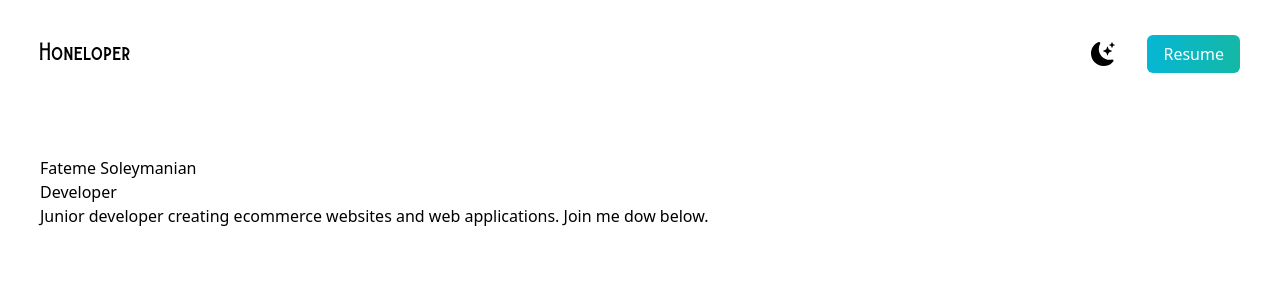
Repository: fatemesoleymanian/portfolio
Page: /
The author's editor kept a copy of each file at every save. The page is drawn from the files as they stood at one save, then again after the next save.
The browser window is 1280 px wide. The pictures show the whole page.
The project was rebuilt for these pictures with package versions that can differ from the ones it lists, and the page was loaded fresh each time. The framework's server and built-in components were replaced by stand-ins that run in the browser. Also part of the build but not shown: next.config.js.

Above is the page before, as saved 2023-03-10 13:44:24.

### pages/index.js
import Head from 'next/head'
import {BsFillMoonStarsFill} from 'react-icons/bs'
export default function Home() {
  return (
    <>
      <Head>
        <title>My Portfolio</title>
        <meta name="description" content="Generated by create next app" />
        <meta name="viewport" content="width=device-width, initial-scale=1" />
        <link rel="icon" href="/favicon.ico" />
      </Head>
      <main className='bg-white px-10'>
       <section className="min-h-screen">
          <nav className='py-10 mb-12 flex justify-between'>
          <h1 className='text-xl font-burtons'>Honeloper</h1>
            <ul className='flex items-center'>
              <li>
                <BsFillMoonStarsFill className='cursor-pointer text-2xl'/>
              </li>
              <li>
                <a className='bg-gradient-to-r from-cyan-500 to-teal-500 text-white px-4 py-2 rounded-md ml-8' href="#">Resume</a>
              </li>
            </ul>
          </nav>
          <div>
            <h2>Fateme Soleymanian</h2>
            <h3>Developer</h3>
            <p>Junior developer creating ecommerce websites and web applications. Join me dow below.</p>
          </div>
        </section>
      </main>
    </>
  )
}

### styles/globals.css
@tailwind base;
@tailwind components;
@tailwind utilities;
:root {
  --max-width: 1100px;
  --border-radius: 12px;
  --font-mono: ui-monospace, Menlo, Monaco, 'Cascadia Mono', 'Segoe UI Mono',
    'Roboto Mono', 'Oxygen Mono', 'Ubuntu Monospace', 'Source Code Pro',
    'Fira Mono', 'Droid Sans Mono', 'Courier New', monospace;

  --foreground-rgb: 0, 0, 0;
  --background-start-rgb: 214, 219, 220;
  --background-end-rgb: 255, 255, 255;

  --primary-glow: conic-gradient(
    from 180deg at 50% 50%,
    #16abff33 0deg,
    #0885ff33 55deg,
    #54d6ff33 120deg,
    #0071ff33 160deg,
    transparent 360deg
  );
  --secondary-glow: radial-gradient(
    rgba(255, 255, 255, 1),
    rgba(255, 255, 255, 0)
  );

  --tile-start-rgb: 239, 245, 249;
  --tile-end-rgb: 228, 232, 233;
  --tile-border: conic-gradient(
    #00000080,
    #00000040,
    #00000030,
    #00000020,
    #00000010,
    #00000010,
    #00000080
  );

  --callout-rgb: 238, 240, 241;
  --callout-border-rgb: 172, 175, 176;
  --card-rgb: 180, 185, 188;
  --card-border-rgb: 131, 134, 135;
}

@media (prefers-color-scheme: dark) {
  :root {
    --foreground-rgb: 255, 255, 255;
    --background-start-rgb: 0, 0, 0;
    --background-end-rgb: 0, 0, 0;

    --primary-glow: radial-gradient(rgba(1, 65, 255, 0.4), rgba(1, 65, 255, 0));
    --secondary-glow: linear-gradient(
      to bottom right,
      rgba(1, 65, 255, 0),
      rgba(1, 65, 255, 0),
      rgba(1, 65, 255, 0.3)
    );

    --tile-start-rgb: 2, 13, 46;
    --tile-end-rgb: 2, 5, 19;
    --tile-border: conic-gradient(
      #ffffff80,
      #ffffff40,
      #ffffff30,
      #ffffff20,
      #ffffff10,
      #ffffff10,
      #ffffff80
    );

    --callout-rgb: 20, 20, 20;
    --callout-border-rgb: 108, 108, 108;
    --card-rgb: 100, 100, 100;
    --card-border-rgb: 200, 200, 200;
  }
}

* {
  box-sizing: border-box;
  padding: 0;
  margin: 0;
}

html,
body {
  max-width: 100vw;
  overflow-x: hidden;
}

body {
  color: rgb(var(--foreground-rgb));
  background: linear-gradient(
      to bottom,
      transparent,
      rgb(var(--background-end-rgb))
    )
    rgb(var(--background-start-rgb));
}

a {
  color: inherit;
  text-decoration: none;
}

@font-face {
  font-family: "burtons";
  src: url('../public/Burtons.otf');
}

### tailwind.config.js
/** @type {import('tailwindcss').Config} */
module.exports = {
  content: [
    "./app/**/*.{js,ts,jsx,tsx}",
    "./pages/**/*.{js,ts,jsx,tsx}",
    "./components/**/*.{js,ts,jsx,tsx}",

  ],
  theme: {
    extend: {
      fontFamily:{
        burtons: "burtons",
      }
    },
  },
  plugins: [],
}

Loaded but not shown: pages/_app.js (common file); pages/_document.js (common file)

After the next save:
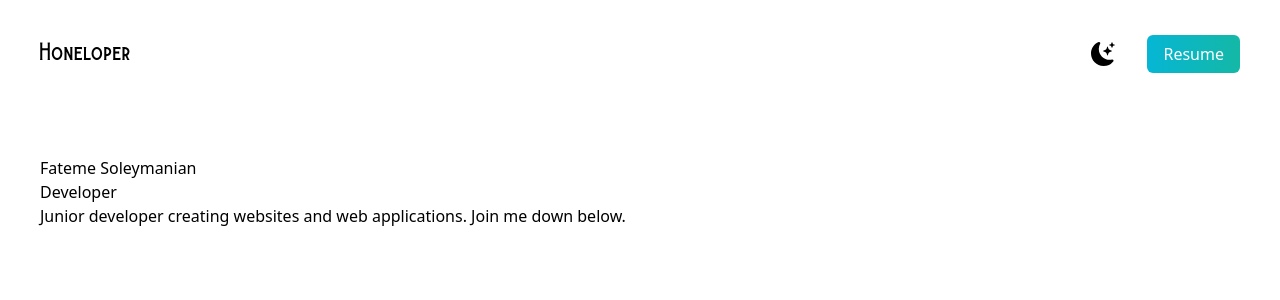
Saved 23 s later.
--- a/pages/index.js
+++ b/pages/index.js
@@ -25,7 +25,7 @@ export default function Home() {
           <div>
             <h2>Fateme Soleymanian</h2>
             <h3>Developer</h3>
-            <p>Junior developer creating ecommerce websites and web applications. Join me dow below.</p>
+            <p>Junior developer creating websites and web applications. Join me down below.</p>
           </div>
         </section>
       </main>
